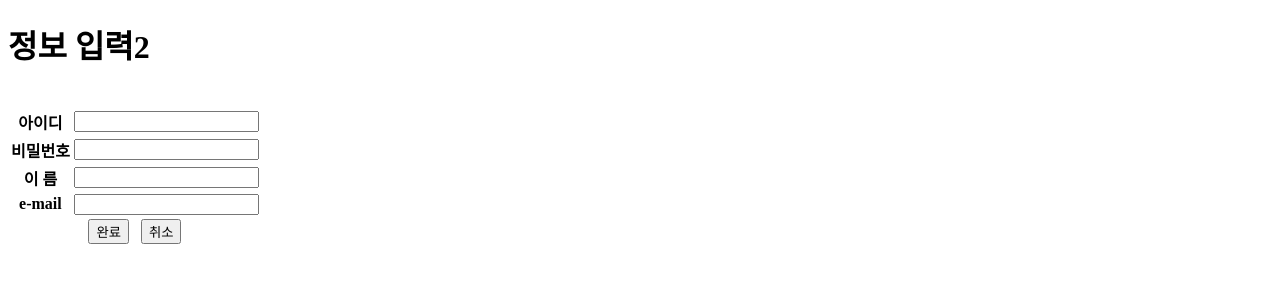
Repository: Jh1227/JSP
Page: http://localhost/12_EL/ex06_collection/memberForm5.jsp
An editor plug-in stored every save of this project. The page is shown before and after the next save, followed by the edit.
The browser window is 1280 px wide. The pictures show the whole page.
The page is served by Tomcat 9.

Above is the page before, as saved 2023-04-10 01:47:28.

After the next save:
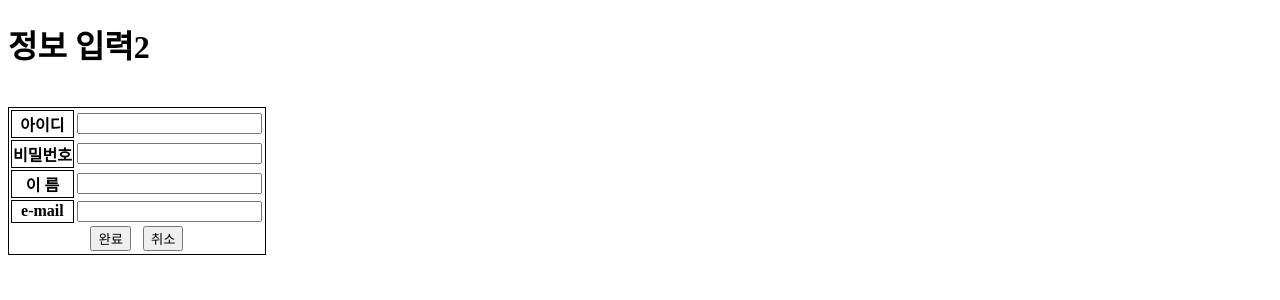
Saved 2 s later.
--- a/12_EL/src/main/webapp/ex06_collection/memberForm5.jsp
+++ b/12_EL/src/main/webapp/ex06_collection/memberForm5.jsp
@@ -9,7 +9,7 @@
 <meta charset="UTF-8">
 <title>memberForm2.jsp</title>
 <style type="text/css">
-table, th, { border: 1px solid black; }
+table, th { border: 1px solid black; }
 </style>
 </head>
 <body>
